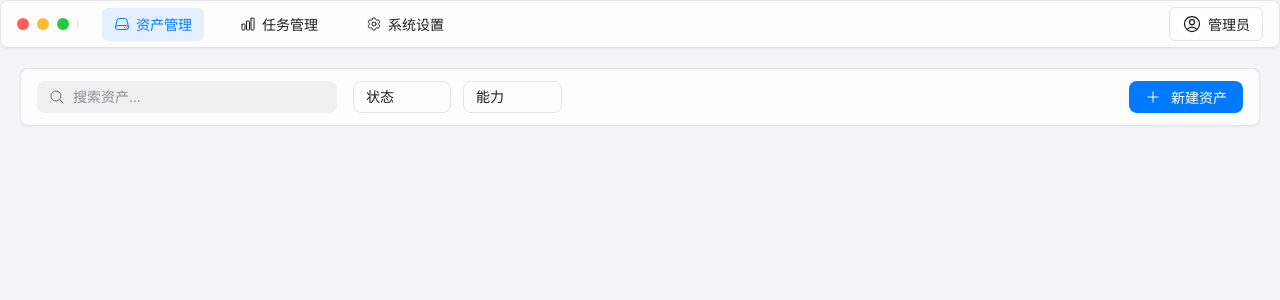
Repository: SmartRick/RLT
Page: / (app in fronted-ui/)
These files come from the project's save history. The page is drawn as it stood at one moment and after the next save; the edit follows.
The browser window is 1280 px wide. The pictures show the whole page.
The page's requests for data from a server got no answer. The project was rebuilt for these pictures with package versions that can differ from the ones it lists, and the page was loaded fresh each time. No one was signed in, and anything a server would have sent is missing. Also part of the build but not shown: fronted-ui/vite.config.js, fronted-ui/vue.config.js, fronted-ui/src/components/common/SwitchButton.vue, fronted-ui/src/views/Tasks.vue, fronted-ui/src/views/Settings.vue.

Above is the page before, as saved 2025-01-05 18:38:54.

### fronted-ui/src/App.vue
<template>
  <div class="app-background">
    <div class="blur-layer" :style="blurPosition"></div>
    <div class="gradient-layer"></div>
  </div>
  <app-layout />
</template>

<script setup>
import { ref, onMounted, onUnmounted } from 'vue'
import AppLayout from '@/components/layout/AppLayout.vue'

// 视差效果状态
const blurPosition = ref({ transform: 'translate(0px, 0px)' })

// 处理鼠标移动
const handleMouseMove = (e) => {
  const moveX = (e.clientX - window.innerWidth / 2) * 0.01
  const moveY = (e.clientY - window.innerHeight / 2) * 0.01
  blurPosition.value = {
    transform: `translate(${moveX}px, ${moveY}px)`
  }
}

// 组件挂载时添加事件监听
onMounted(() => {
  window.addEventListener('mousemove', handleMouseMove)
})

// 组件卸载时移除事件监听
onUnmounted(() => {
  window.removeEventListener('mousemove', handleMouseMove)
})
</script>

<style>
* {
  margin: 0;
  padding: 0;
  box-sizing: border-box;
}

body {
  font-family: 'PingFang SC', 'Microsoft YaHei', sans-serif;
  -webkit-font-smoothing: antialiased;
  -moz-osx-font-smoothing: grayscale;
  color: #2c3e50;
  background: #f5f5f7;
  overflow: hidden;
}

.app-background {
  position: fixed;
  top: 0;
  left: 0;
  width: 100vw;
  height: 100vh;
  z-index: -1;
  overflow: hidden;
}

.blur-layer {
  position: absolute;
  top: -20px;
  left: -20px;
  right: -20px;
  bottom: -20px;
  background:
    radial-gradient(circle at 30% 20%, rgba(121, 68, 154, 0.13), transparent 25%),
    radial-gradient(circle at 70% 65%, rgba(33, 150, 243, 0.13), transparent 25%),
    radial-gradient(circle at 20% 80%, rgba(234, 88, 12, 0.13), transparent 25%);
  filter: blur(30px);
  transition: transform 0.2s cubic-bezier(0.2, 0, 0.2, 1);
}

.gradient-layer {
  position: absolute;
  top: 0;
  left: 0;
  right: 0;
  bottom: 0;
  background: linear-gradient(
    135deg,
    rgba(255, 255, 255, 0.95) 0%,
    rgba(255, 255, 255, 0.85) 100%
  );
  backdrop-filter: blur(20px);
}

/* Mac 风格的按钮样式 */
.mac-btn {
  background: linear-gradient(to bottom, rgba(255, 255, 255, 0.8) 0%, rgba(247, 247, 247, 0.8) 100%);
  border: 1px solid rgba(0, 0, 0, 0.1);
  border-radius: 6px;
  padding: 8px 15px;
  font-size: 14px;
  color: #606266;
  cursor: pointer;
  transition: all 0.3s ease;
  backdrop-filter: blur(8px);
}

.mac-btn:hover {
  background: linear-gradient(to bottom, rgba(247, 247, 247, 0.9) 0%, rgba(240, 240, 240, 0.9) 100%);
  transform: translateY(-1px);
  box-shadow: 0 2px 4px rgba(0,0,0,0.1);
}

/* Mac 风格的卡片样式 */
.mac-card {
  background: rgba(255, 255, 255, 0.7);
  border-radius: 10px;
  box-shadow:
    0 4px 12px rgba(0, 0, 0, 0.1),
    0 0 0 1px rgba(0, 0, 0, 0.05);
  padding: 20px;
  transition: all 0.3s ease;
  backdrop-filter: blur(10px);
}

.mac-card:hover {
  transform: translateY(-2px);
  box-shadow:
    0 8px 24px rgba(0, 0, 0, 0.12),
    0 0 0 1px rgba(0, 0, 0, 0.05);
}
</style>

### fronted-ui/src/assets/styles/global.css
:root {
  /* 颜色系统 */
  --primary-color: #0A84FF;
  --success-color: #32D74B;
  --warning-color: #FF9F0A;
  --danger-color: #FF453A;
  --info-color: #64D2FF;

  /* 文本颜色 */
  --text-primary: #000000;
  --text-secondary: #6B6B6B;
  --text-tertiary: #8E8E93;

  /* 背景颜色 */
  --background-primary: #F5F5F7;
  --background-secondary: #FFFFFF;
  --background-tertiary: #F2F2F7;

  /* 边框颜色 */
  --border-color: #D2D2D7;
  --border-color-light: #E5E5EA;

  /* 阴影 */
  --shadow-sm: 0 1px 2px rgba(0, 0, 0, 0.05);
  --shadow-md: 0 4px 6px -1px rgba(0, 0, 0, 0.1), 0 2px 4px -1px rgba(0, 0, 0, 0.06);
  --shadow-lg: 0 10px 15px -3px rgba(0, 0, 0, 0.1), 0 4px 6px -2px rgba(0, 0, 0, 0.05);

  /* 圆角 */
  --radius-sm: 6px;
  --radius-md: 8px;
  --radius-lg: 12px;

  /* 动画 */
  --transition-speed: 0.2s;

  /* 间距 */
  --spacing-1: 4px;
  --spacing-2: 8px;
  --spacing-3: 12px;
  --spacing-4: 16px;
  --spacing-5: 20px;
  --spacing-6: 24px;
}

/* 基础样式重置 */
* {
  margin: 0;
  padding: 0;
  box-sizing: border-box;
  -webkit-font-smoothing: antialiased;
  -moz-osx-font-smoothing: grayscale;
}

body {
  font-family: -apple-system, BlinkMacSystemFont, 'SF Pro Text', 'Helvetica Neue', sans-serif;
  background-color: var(--background-primary);
  color: var(--text-primary);
  line-height: 1.5;
}

/* 通用卡片样式 */
.mac-card {
  background: var(--background-secondary);
  border-radius: var(--radius-md);
  box-shadow: var(--shadow-sm);
  border: 1px solid var(--border-color-light);
  backdrop-filter: blur(20px);
  transition: transform var(--transition-speed),
              box-shadow var(--transition-speed);
}

.mac-card:hover {
  transform: translateY(-2px);
  box-shadow: var(--shadow-md);
}

/* 按钮样式 */
.mac-btn {
  padding: var(--spacing-2) var(--spacing-4);
  border-radius: var(--radius-sm);
  font-size: 14px;
  font-weight: 500;
  border: 1px solid var(--border-color);
  background: var(--background-secondary);
  color: var(--text-primary);
  cursor: pointer;
  display: inline-flex;
  align-items: center;
  justify-content: center;
  gap: var(--spacing-2);
  transition: all var(--transition-speed);
}

.mac-btn:hover {
  background: var(--background-tertiary);
  border-color: var(--border-color);
}

.mac-btn.primary {
  background: var(--primary-color);
  border-color: var(--primary-color);
  color: white;
}

.mac-btn.primary:hover {
  background: color-mix(in srgb, var(--primary-color) 90%, black);
  border-color: color-mix(in srgb, var(--primary-color) 90%, black);
}

/* 输入框样式 */
.mac-input {
  padding: var(--spacing-2) var(--spacing-3);
  border-radius: var(--radius-sm);
  border: 1px solid var(--border-color);
  font-size: 14px;
  background: var(--background-secondary);
  transition: all var(--transition-speed);
  width: 100%;
}

.mac-input:focus {
  outline: none;
  border-color: var(--primary-color);
  box-shadow: 0 0 0 3px color-mix(in srgb, var(--primary-color) 20%, transparent);
}

/* 下拉框样式 */
.mac-select {
  padding: var(--spacing-2) var(--spacing-3);
  border-radius: var(--radius-sm);
  border: 1px solid var(--border-color);
  font-size: 14px;
  background: var(--background-secondary);
  cursor: pointer;
  transition: all var(--transition-speed);
}

.mac-select:focus {
  outline: none;
  border-color: var(--primary-color);
  box-shadow: 0 0 0 3px color-mix(in srgb, var(--primary-color) 20%, transparent);
}

/* 模态框样式 */
.modal-wrapper {
  width: 600px;
  max-width: 90vw;
  max-height: 85vh;
  display: flex;
  flex-direction: column;
  background: var(--background-secondary);
  border-radius: var(--radius-lg);
  box-shadow: var(--shadow-lg);
  overflow: hidden;
}

.modal-header {
  padding: var(--spacing-4) var(--spacing-6);
  border-bottom: 1px solid var(--border-color-light);
}

.modal-body {
  padding: var(--spacing-6);
  overflow-y: auto;
}

.modal-footer {
  padding: var(--spacing-4) var(--spacing-6);
  border-top: 1px solid var(--border-color-light);
  display: flex;
  justify-content: flex-end;
  gap: var(--spacing-3);
}

/* 表单样式 */
.form-section {
  background: var(--background-tertiary);
  border-radius: var(--radius-md);
  padding: var(--spacing-4);
  margin-bottom: var(--spacing-4);
}

.form-item {
  margin-bottom: var(--spacing-4);
}

.form-item label {
  display: block;
  margin-bottom: var(--spacing-2);
  color: var(--text-secondary);
  font-size: 14px;
}

.form-row {
  display: grid;
  grid-template-columns: 1fr 1fr;
  gap: var(--spacing-4);
}

/* 动画 */
@keyframes slideUp {
  from {
    transform: translateY(20px);
    opacity: 0;
  }
  to {
    transform: translateY(0);
    opacity: 1;
  }
}

.modal-enter-active {
  animation: slideUp var(--transition-speed) ease-out;
}

.modal-leave-active {
  animation: slideUp var(--transition-speed) ease-in reverse;
}

### fronted-ui/src/components/layout/AppLayout.vue
<template>
  <div class="app-layout">
    <header class="top-bar mac-card">
      <div class="left-section">
        <div class="window-controls">
          <span class="control close"></span>
          <span class="control minimize"></span>
          <span class="control maximize"></span>
        </div>
        <nav class="main-nav">
          <router-link
            v-for="route in mainRoutes"
            :key="route.path"
            :to="route.path"
            class="nav-item"
            :class="{ active: route.path === currentPath }"
          >
            <component :is="route.icon" class="nav-icon" />
            {{ route.name }}
          </router-link>
        </nav>
      </div>

      <div class="right-section">
        <button class="user-menu mac-btn">
          <UserCircleIcon class="user-icon" />
          管理员
        </button>
      </div>
    </header>

    <main class="main-content">
      <router-view v-slot="{ Component }">
        <transition name="fade" mode="out-in">
          <keep-alive>
            <component :is="Component" />
          </keep-alive>
        </transition>
      </router-view>
    </main>
  </div>
</template>

<script setup>
import { ref, onMounted, watch } from 'vue'
import { useRoute } from 'vue-router'
import {
  UserCircleIcon,
  ServerIcon,
  Cog6ToothIcon,
  ChartBarIcon
} from '@heroicons/vue/24/outline'

const route = useRoute()
const currentPath = ref(route.path)

// 路由配置
const mainRoutes = [
  { path: '/assets', name: '资产管理', icon: ServerIcon },
  { path: '/tasks', name: '任务管理', icon: ChartBarIcon },
  { path: '/settings', name: '系统设置', icon: Cog6ToothIcon }
]

// 监听路由变化
watch(
  () => route.path,
  (newPath) => {
    currentPath.value = newPath
    console.log('路由变化:', {
      path: newPath,
      currentComponent: route.name,
      timestamp: new Date().toISOString()
    })
  },
  { immediate: true }
)

// 组件挂载时
onMounted(() => {
  console.log('AppLayout 挂载:', {
    path: route.path,
    name: route.name,
    params: route.params,
    query: route.query,
    timestamp: new Date().toISOString()
  })
})
</script>

<style scoped>
.app-layout {
  height: 100vh;
  display: flex;
  flex-direction: column;
  background: #f5f5f7;
}

.top-bar {
  height: 48px;
  padding: 0 16px;
  display: flex;
  justify-content: space-between;
  align-items: center;
  background: rgba(255, 255, 255, 0.8);
  backdrop-filter: blur(12px);
  border-bottom: 1px solid rgba(0, 0, 0, 0.1);
  position: relative;
  z-index: 100;
}

.left-section {
  display: flex;
  align-items: center;
  gap: 24px;
}

.window-controls {
  display: flex;
  gap: 8px;
  padding-right: 8px;
  border-right: 1px solid rgba(0, 0, 0, 0.1);
}

.control {
  width: 12px;
  height: 12px;
  border-radius: 50%;
  cursor: pointer;
  transition: all 0.2s ease;
}

.control.close {
  background: #ff5f57;
}

.control.minimize {
  background: #febc2e;
}

.control.maximize {
  background: #28c840;
}

.control:hover {
  filter: brightness(0.9);
}

.main-nav {
  display: flex;
  gap: 24px;
}

.nav-item {
  display: flex;
  align-items: center;
  gap: 6px;
  color: #1c1c1e;
  text-decoration: none;
  font-size: 14px;
  padding: 6px 12px;
  border-radius: 6px;
  transition: all 0.2s ease;
  cursor: pointer;
  user-select: none;
}

.nav-item:hover {
  background: rgba(0, 0, 0, 0.05);
}

.nav-item.active {
  background: rgba(0, 122, 255, 0.1);
  color: #007AFF;
}

.nav-item.active .nav-icon {
  color: #007AFF;
}

.nav-icon {
  width: 16px;
  height: 16px;
}

.right-section {
  display: flex;
  align-items: center;
}

.user-menu {
  display: flex;
  align-items: center;
  gap: 6px;
  padding: 6px 12px;
  border-radius: 6px;
  color: #1c1c1e;
  font-size: 14px;
  background: transparent;
  border: 1px solid rgba(0, 0, 0, 0.1);
  cursor: pointer;
  transition: all 0.2s ease;
}

.user-menu:hover {
  background: rgba(0, 0, 0, 0.05);
}

.user-icon {
  width: 20px;
  height: 20px;
  color: #1c1c1e;
}

.main-content {
  flex: 1;
  overflow: auto;
  position: relative;
  height: calc(100vh - 48px);
  width: 100%;
  padding: 20px;
  background: transparent;
}

.main-content > * {
  height: 100%;
  width: 100%;
}

/* 响应式布局 */
@media (max-width: 768px) {
  .window-controls {
    display: none;
  }

  .main-nav {
    gap: 12px;
  }

  .nav-item {
    padding: 6px 8px;
  }

  .nav-item span {
    display: none;
  }
}

/* 添加过渡动画 */
.fade-enter-active,
.fade-leave-active {
  transition: opacity 0.2s ease;
  position: absolute;
  width: 100%;
  height: 100%;
}

.fade-enter-from,
.fade-leave-to {
  opacity: 0;
}
</style>

### fronted-ui/src/components/common/Modal.vue
<template>
  <transition name="modal-backdrop">
    <div v-if="modelValue" class="modal-overlay" @click="close">
      <transition name="modal">
        <div class="modal-wrapper mac-card" @click.stop>
          <div class="modal-header">
            <h3 class="modal-title">{{ title }}</h3>
            <button class="close-btn" @click="close">
              <XMarkIcon class="close-icon" />
            </button>
          </div>

          <div class="modal-body">
            <slot name="body"></slot>
          </div>

          <div class="modal-footer">
            <slot name="footer">
              <button class="mac-btn" @click="close">取消</button>
              <button class="mac-btn primary" @click="$emit('confirm')">确认</button>
            </slot>
          </div>
        </div>
      </transition>
    </div>
  </transition>
</template>

<script>
import { XMarkIcon } from '@heroicons/vue/24/outline'

export default {
  name: 'BaseModal',
  components: {
    XMarkIcon
  },
  props: {
    modelValue: Boolean,
    title: String
  },
  emits: ['update:modelValue'],
  methods: {
    close() {
      this.$emit('update:modelValue', false)
    }
  }
}
</script>

<style scoped>
.modal-overlay {
  position: fixed;
  top: 0;
  left: 0;
  right: 0;
  bottom: 0;
  background: rgba(0, 0, 0, 0.3);
  backdrop-filter: blur(5px);
  display: flex;
  align-items: center;
  justify-content: center;
  z-index: 1000;
}

.modal-wrapper {
  width: 600px;
  max-width: 90vw;
  max-height: 85vh;
  margin: var(--spacing-6);
  background: var(--background-secondary);
  border-radius: var(--radius-lg);
  overflow: hidden;
}

.modal-header {
  padding: var(--spacing-4) var(--spacing-6);
  border-bottom: 1px solid var(--border-color-light);
  display: flex;
  align-items: center;
  justify-content: space-between;
}

.modal-title {
  font-size: 18px;
  font-weight: 600;
  color: var(--text-primary);
  margin: 0;
}

.close-btn {
  width: 28px;
  height: 28px;
  border: none;
  background: transparent;
  border-radius: 50%;
  cursor: pointer;
  display: flex;
  align-items: center;
  justify-content: center;
  color: var(--text-tertiary);
  transition: all var(--transition-speed);
}

.close-btn:hover {
  background: var(--background-tertiary);
  color: var(--text-primary);
}

.close-icon {
  width: 20px;
  height: 20px;
}

.modal-body {
  padding: var(--spacing-6);
  overflow-y: auto;
}

.modal-footer {
  padding: var(--spacing-4) var(--spacing-6);
  border-top: 1px solid var(--border-color-light);
  display: flex;
  justify-content: flex-end;
  gap: var(--spacing-3);
}

/* 动画 */
.modal-backdrop-enter-active,
.modal-backdrop-leave-active {
  transition: opacity var(--transition-speed);
}

.modal-backdrop-enter-from,
.modal-backdrop-leave-to {
  opacity: 0;
}

.modal-enter-active,
.modal-leave-active {
  transition: all var(--transition-speed);
}

.modal-enter-from,
.modal-leave-to {
  opacity: 0;
  transform: scale(0.95);
}
</style>

Loaded but not shown: fronted-ui/public/index.html (common file); fronted-ui/src/api/asset.js (48 lines, source omitted); fronted-ui/src/utils/request.js (42 lines, source omitted); fronted-ui/src/router/index.js (31 lines, source omitted); fronted-ui/src/main.js (20 lines, source omitted); fronted-ui/src/utils/date.js (11 lines, source omitted); fronted-ui/src/views/Assets.vue (1231 lines, source omitted)

After the next save:
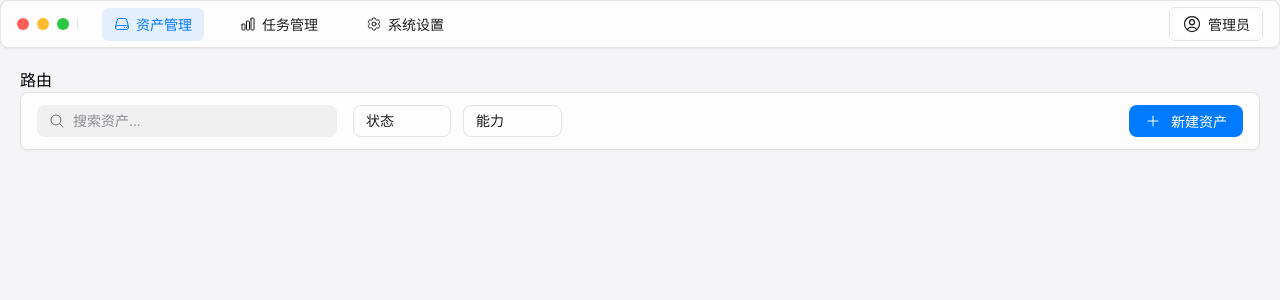
Saved 12 s later.
--- a/fronted-ui/src/components/layout/AppLayout.vue
+++ b/fronted-ui/src/components/layout/AppLayout.vue
@@ -30,6 +30,7 @@
     </header>
 
     <main class="main-content">
+        路由
       <router-view v-slot="{ Component }">
         <transition name="fade" mode="out-in">
           <keep-alive>

After the save that followed:
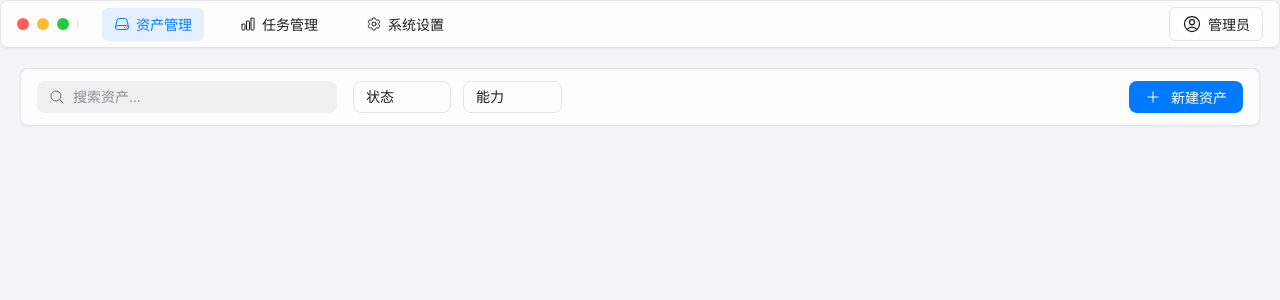
Saved 3 min 22 s later.
--- a/fronted-ui/src/components/layout/AppLayout.vue
+++ b/fronted-ui/src/components/layout/AppLayout.vue
@@ -30,14 +30,7 @@
     </header>
 
     <main class="main-content">
-        路由
-      <router-view v-slot="{ Component }">
-        <transition name="fade" mode="out-in">
-          <keep-alive>
-            <component :is="Component" />
-          </keep-alive>
-        </transition>
-      </router-view>
+      <router-view></router-view>
     </main>
   </div>
 </template>
